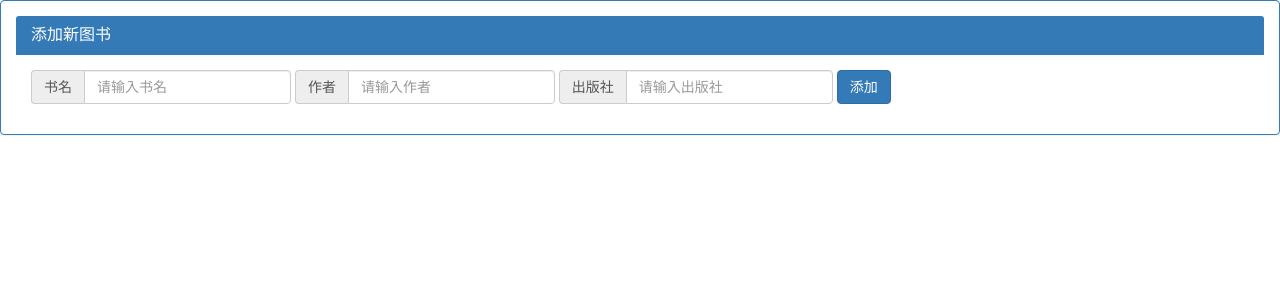
Repository: R1Deemo/ajax
Page: 图书管理.html
These files come from the project's save history. The page is drawn as it stood at one moment and after the next save; the edit follows.
The browser window is 1280 px wide. The pictures show the whole page.

Above is the page before, as saved 2022-10-24 19:43:35.

After the next save:
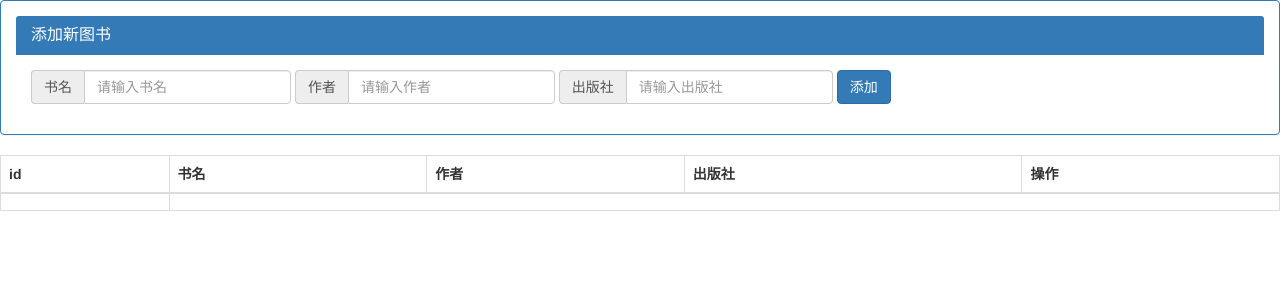
Console error: SyntaxError: Unexpected identifier 'getBookList'
Saved 14 min 1 s later.
--- a/图书管理.html
+++ b/图书管理.html
@@ -38,13 +38,39 @@
                 <input type="text" class="form-control" id="exampleInputAmount" placeholder="请输入出版社">
             </div>
             <button id="btnAdd" class="btn btn-primary">添加</button>
+        </div>
+    </div>
+
+    <table class="table table-bordered table-hover">
+        <thead>
+            <tr>
+                <th>id</th>
+                <th>书名</th>
+                <th>作者</th>
+                <th>出版社</th>
+                <th>操作</th>
+            </tr>
+        </thead>
+        <tbody>
+            <tr>
+                <td></td>
+            </tr>
+        </tbody>
+    </table>
 
 
 
-        </div>
-    </div>
+</body>
+<script>
+    $(function({
+        function getBookList() {
+            // 1.发起ajax请求
+            $.get('www.liulongbin.top:3306/api/getbooks', function(res) {
+                if (res.status !== 200) return alert('失败')
 
-
-</body>
+            })
+        }
+    }))
+</script>
 
 </html>
